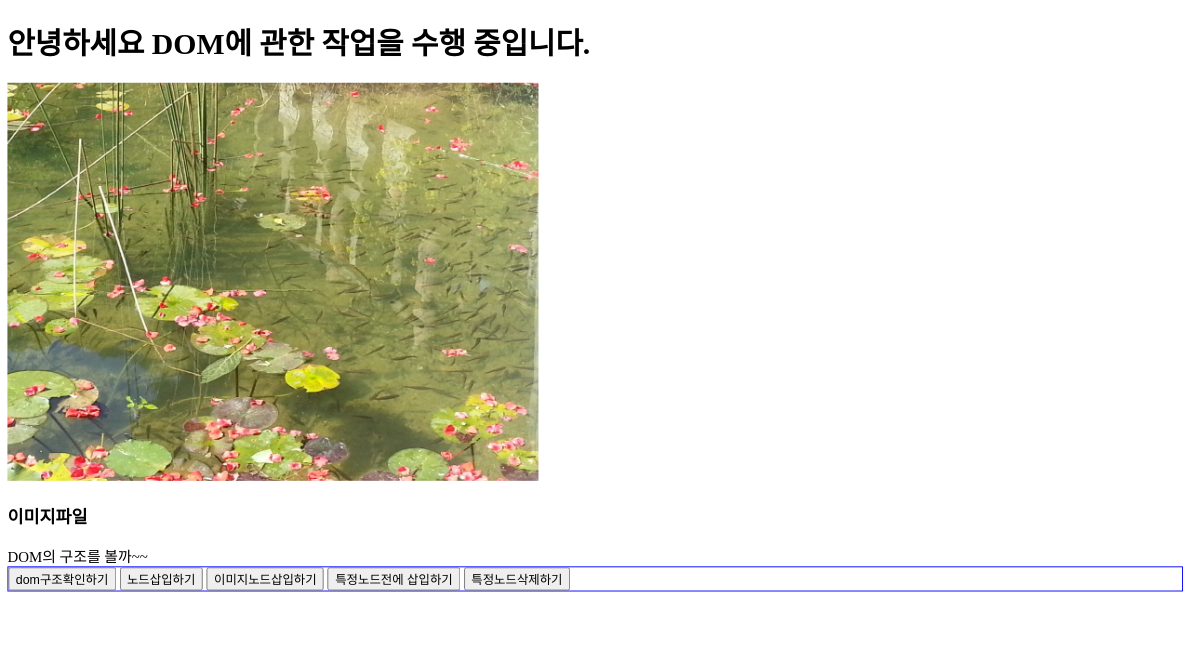
Repository: wishinghyun/multicampus
Page: webwork/clientweb/WebContent/js_dom/js_basic_dom_imageinsert.html
These files come from the project's save history. The page is drawn as it stood at one moment and after the next save; the edit follows.
The browser window is 1280 px wide. The pictures show the whole page, at 93% of full size.
After loading, the first visible `#imginsert` was clicked once.

Above is the page before, as saved 2020-01-10 02:12:11.

After the next save:
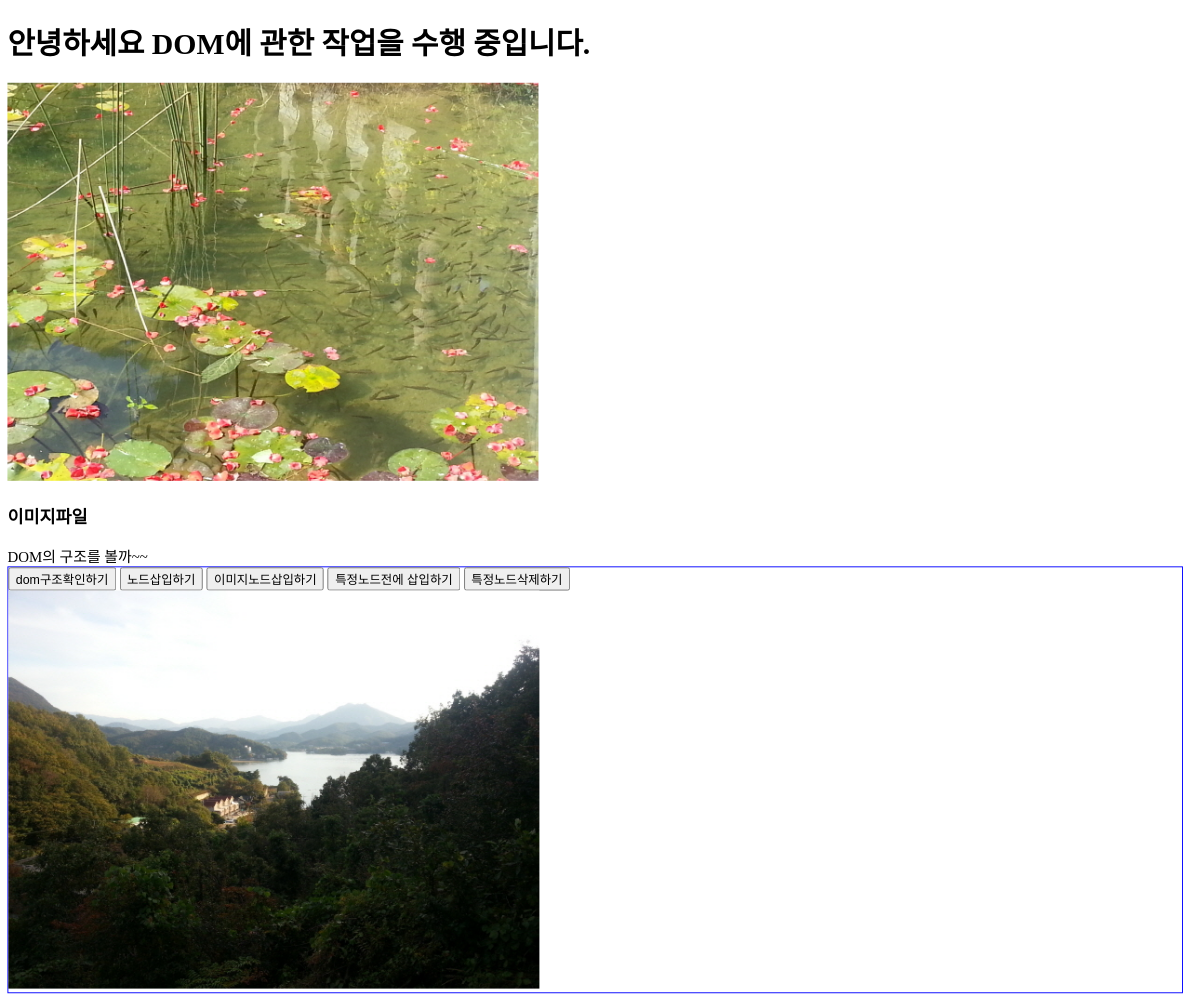
Saved 64 s later.
--- a/webwork/clientweb/WebContent/js_dom/js_basic_dom_imageinsert.html
+++ b/webwork/clientweb/WebContent/js_dom/js_basic_dom_imageinsert.html
@@ -10,6 +10,12 @@
 				//1. 삽입될 노드 생성
 				newNode = document.createElement("img")
 				newNode.setAttribute("src","../images/m_garden02.jpg")
+
+				//2. targetNode 구하기
+				target = document.getElementById("domtestbtn")
+
+				//3. 추가하기
+				target.appendChild(newNode)
 
 
 			}
